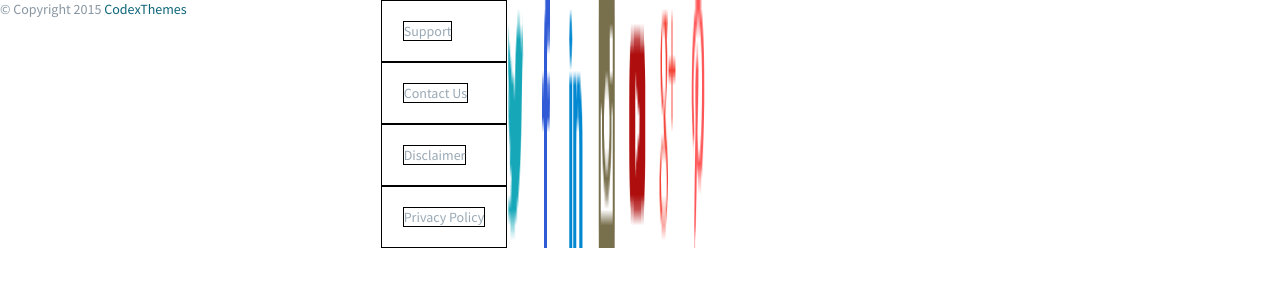
Repository: flylessbird/shop_cart
Page: html/footer.html
An editor plug-in stored every save of this project. The page is shown before and after a run of saves, followed by the edit.
The browser window is 1280 px wide. The pictures show the whole page.
The style sheet was rebuilt from its Sass, Less or Tailwind sources for each picture, by a compiler version that may differ from the author's.

Above is the page before, as saved 2022-05-10 15:36:24.

### html/footer.html
<!DOCTYPE html>
<html lang="en">
  <head>
    <meta charset="UTF-8" />
    <meta http-equiv="X-UA-Compatible" content="IE=edge" />
    <meta name="viewport" content="width=device-width, initial-scale=1.0" />
    <title>Document</title>
    <link
      href="https://fonts.googleapis.com/css2?family=Montserrat:wght@200;700&family=Source+Sans+Pro:wght@300;400&display=swap"
      rel="stylesheet"
    />
    <link rel="stylesheet" href="/css/footer.css" />
  </head>
  <body>
    <footer class="ft">
      <div class="text">
        <span class="copy">&copy; Copyright 2015</span>
        <span class="theme">CodexThemes</span>
      </div>
      <ul class="ft_option">
        <li><a href="#">support</a></li>
        <li><a href="#">contact us</a></li>
        <li><a href="#">disclaimer</a></li>
        <li><a href="#">privacy policy</a></li>
      </ul>
      <img src="/img/social.png" alt="" />
    </footer>
  </body>
</html>

### css/footer.scss
@import "reset";
@import "var";
@import "mixin";
.ft {
  display: flex;
  font-size: 14px;

  .text {
    .copy {
      color: $grey_copy;
    }
    .theme {
      color: $blue_theme;
    }
  }
  .ft_option {
    margin-left: 194px;
    li {
      padding: 21px;
      border: 1px solid #000;
      list-style-type: none;
      &:not(:nth-child(4)) {
        // border-right: 1px solid $grey_ava;
      }
      a {
        color: $grey_ava;
border: 1px solid #000;
        text-decoration: none;
      }
    }
  }
  img {
    // margin-left: ;
  }
}

### css/_reset.scss
* {
  box-sizing: border-box;
  margin: 0;
  padding: 0;
}
body {
  text-transform: capitalize;
  font-size: 16px;
  font-family: "Source Sans Pro", sans-serif;
}
h2 {
  font-family: "Montserrat", sans-serif;
  font-weight: 200;
  font-size: 36px;
  text-transform: uppercase;
  margin-bottom: 55px;
}

### css/_var.scss
$blue: #00bcd4;
$blue_theme: #0d6578;
$grey_nav: #3c3950;
$grey_bd: #dfe5e8;
$grey_bg_total: #f0f3f2;
$grey_text_total: #72838e;
// $grey_input_total: #b6c6c9;
$grey_input_ship: #adbac4;
$grey_card_text: #b4bdc3;
$grey_radio: #b6c6c9;
$grey_square: #f0f3f2;
$grey_ava: #99a9b5;
$grey_copy: #8896a2;
$white: white;
$black: #393d50;
$red: red;
$grey_info: #cfd7dc;
$grey_price: #cbcad0;
$grey_item: #afb9be;
$grey_bg_input: #f5f7f6;
$blue_hover: #3498db;

### css/_mixin.scss
@mixin circle($s) {
  width: $s;
  height: $s;
  border-radius: 50%;
}

After the next 4 saves:
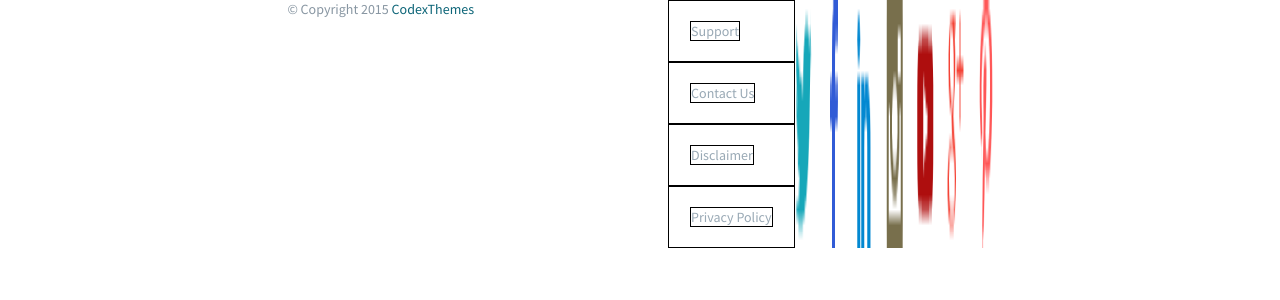
The 4 saves are shown as one change because they came seconds apart.
The last was saved 24 s later.
--- a/css/footer.scss
+++ b/css/footer.scss
@@ -4,6 +4,7 @@
 .ft {
   display: flex;
   font-size: 14px;
+  justify-content: center;
 
   .text {
     .copy {
@@ -24,7 +25,7 @@
       }
       a {
         color: $grey_ava;
-border: 1px solid #000;
+        border: 1px solid #000;
         text-decoration: none;
       }
     }
